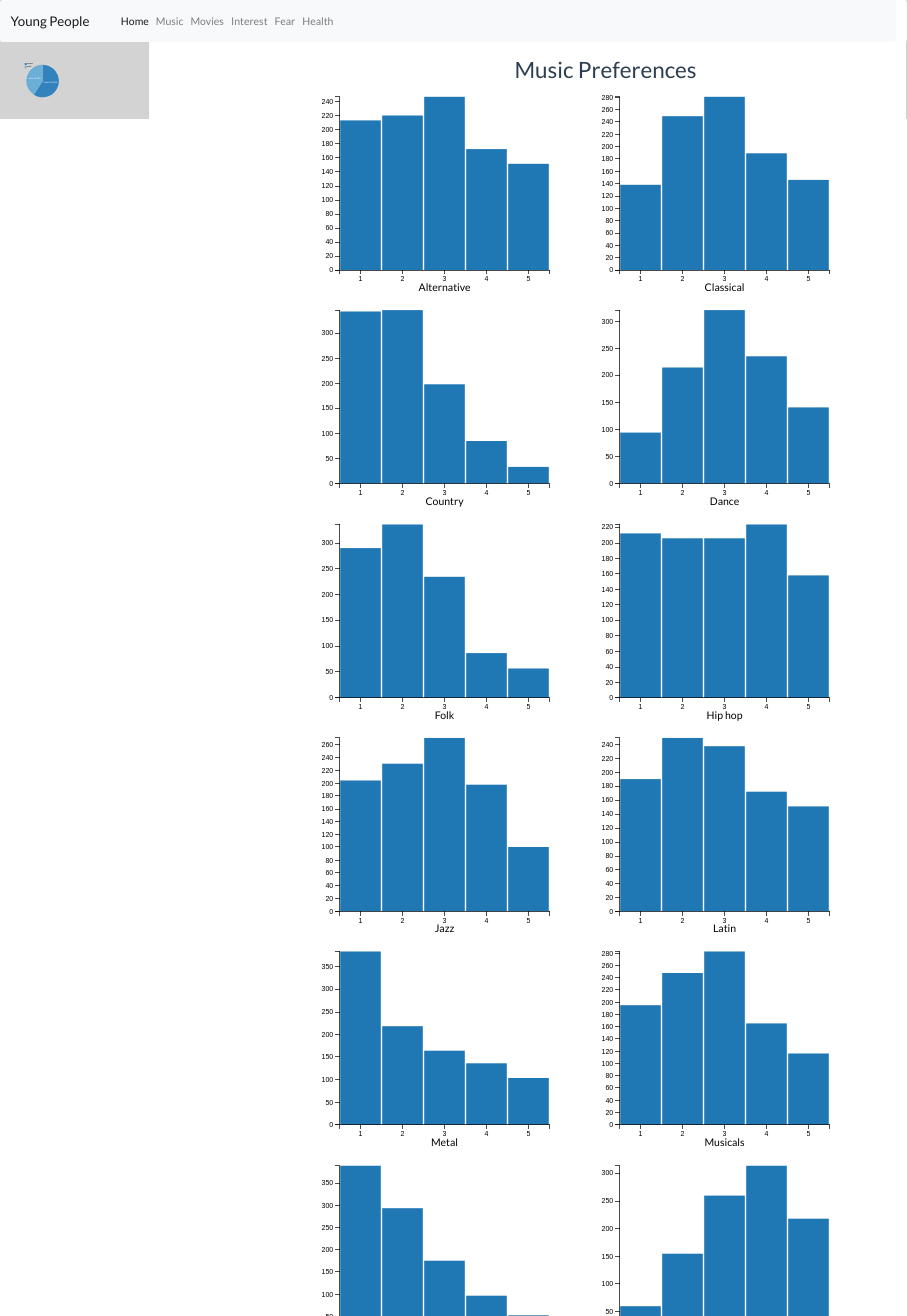
Repository: BrendanMolloy/milestone2
Page: index.html
The author's editor kept a record of every edit. The page is drawn from the files as they stood at one moment, then again after the next edit.
The browser window is 1280 px wide. The page is 1295 px wide, so the pictures cover 1295 px, including what lies to the right of the window. The pictures show the part of the page from y = 0 to 1880 px (the page is 2572 px tall), at 70% of full size.

Above is the page before.

### index.html
<!DOCTYPE html>
<html lang="en">

<head>
  <meta charset="UTF-8">
  <meta name="viewport" content="width=device-width, initial-scale=1.0">
  <meta http-equiv="X-UA-Compatible" content="ie=edge">
  <title>Young People</title>

  <link rel="stylesheet" href="https://maxcdn.bootstrapcdn.com/bootstrap/4.0.0/css/bootstrap.min.css" integrity="sha384-Gn5384xqQ1aoWXA+058RXPxPg6fy4IWvTNh0E263XmFcJlSAwiGgFAW/dAiS6JXm" crossorigin="anonymous">

  <link rel="stylesheet" href="css/bootstrap.min.css" type="text/css" />
  <link rel="stylesheet" href="css/dc.min.css" type="text/css" />
  <link rel="stylesheet" href="css/style.css" type="text/css" />

  <script type="text/javascript" src="js/d3.min.js"></script>
  <script type="text/javascript" src="js/crossfilter.min.js"></script>
  <script type="text/javascript" src="js/dc.min.js"></script>
  <script type="text/javascript" src="js/queue.min.js"></script>
  <script type="text/javascript" src="js/graph.js"></script>
</head>

<body>
  <!------------------------------- Navbar -------------------------------------->

  <nav class="navbar navbar-expand-lg navbar-light bg-light">
    <a class="navbar-brand" href="#">Young People</a>
    <button class="navbar-toggler" type="button" data-toggle="collapse" data-target="#navbarNav" aria-controls="navbarNav" aria-expanded="false" aria-label="Toggle navigation">
    <span class="navbar-toggler-icon"></span>
  </button>
    <div class="collapse navbar-collapse" id="navbarNav">
      <ul class="navbar-nav">
        <li class="nav-item active">
          <a class="nav-link" href="#">Home <span class="sr-only">(current)</span></a>
        </li>
        <li class="nav-item">
          <a class="nav-link" href="#">Music</a>
        </li>
        <li class="nav-item">
          <a class="nav-link" href="#">Movies</a>
        </li>
        <li class="nav-item">
          <a class="nav-link" href="#">Interest</a>
        </li>
        <li class="nav-item">
          <a class="nav-link" href="#">Fear</a>
        </li>
        <li class="nav-item">
          <a class="nav-link" href="#">Health</a>
        </li>
      </ul>
    </div>
  </nav>

  <!------------------------------- Sidebar ------------------------------------->
                      <!--  filters/demographics -->
  <div class="sidenav col-lg-2">
    <div id="gender-balance" class="side-graphs"></div>
    <div id="age"></div>
    <div id="handedness"></div>
    <div id="city-village"></div>
  </div>



  <!-- music -->
  <section class="section main">
    <h2>Music Preferences</h2>
    <div class="row">
      <div id="music-enjoyment" class="col-sm-12 col-m-12 col-lg-12"></div>
    </div>
    <div class="row">
      <div id="alternative"></div>
      <div id="classical"></div>
      <div id="country"></div>
      <div id="dance"></div>
      <div id="folk"></div>
      <div id="hiphop"></div>
      <div id="jazz"></div>
      <div id="latin"></div>
      <div id="metal"></div>
      <div id="musicals"></div>
      <div id="opera"></div>
      <div id="pop"></div>
      <div id="punk"></div>
      <div id="reggae"></div>
      <div id="rock"></div>
      <div id="techno"></div>
    </div>
  </section>

  <!-- movies -->

  <!-- interests -->

  <!-- fears -->

  <!-- health -->

  <!-- spending -->

</body>

</html>

### css/style.css
.section {
	text-align: center;
	border-bottom: 1px solid #e6e6e6;
	padding: 0px;
}

.row {
	text-align: center;
}

.navbar {
	width: 100vw;
	position: fixed;
	z-index: 2;
	padding: 0;
}

.sidenav {
  /*height: 100%;  Full-height: remove this if you want "auto" height */
  width: 450px; /* Set the width of the sidebar */
  position: fixed; /* Fixed Sidebar (stay in place on scroll) */
  z-index: 1; /* Stay on top */
  top: 0; /* Stay at the top */
  left: 0;
  background-color: #D3D3D3; /* Light Grey */
  overflow-x: hidden; /* Disable horizontal scroll */
  padding-top: 70px;
}

.main {
  margin-left: 450px;  /*Same as the width of the sidebar */
  padding: 0;
  padding-top: 60px;
}

#music-enjoyment {
  padding: 0;
}

#gender-balance {
  text-align:center;
  width:50%;
  height: 100px;
  padding: 20px;
}

### js/graph.js
/* global queue */
/* global d3 */
/* global crossfilter */
/* global dc */

queue()
    .defer(d3.csv, "data/young-people.csv")
    .await(makeGraphs);

function makeGraphs(error, ypData){
    var ndx = crossfilter(ypData);

    // demographics //
    show_gender_balance(ndx);
    show_age_range(ndx);
    show_handedness(ndx);
    show_city_village(ndx);

    // music //
    /*show_music_enjoyment(ndx);*/
    show_bar_chart(ndx, 'Alternative', "#alternative", "Alternative");
    show_bar_chart(ndx, 'Classical music', "#classical", "Classical");
    show_bar_chart(ndx, 'Country', "#country", "Country");
    show_bar_chart(ndx, 'Dance', "#dance", "Dance");
    show_bar_chart(ndx, 'Folk', "#folk", "Folk");
    show_bar_chart(ndx, 'Hiphop, Rap', "#hiphop", "Hip hop");
    show_bar_chart(ndx, 'Swing, Jazz', "#jazz", "Jazz");
    show_bar_chart(ndx, 'Latino', "#latin", "Latin");
    show_bar_chart(ndx, 'Metal or Hardrock', "#metal", "Metal");
    show_bar_chart(ndx, 'Musical', "#musicals", "Musicals");
    show_bar_chart(ndx, 'Opera', "#opera", "Opera");
    show_bar_chart(ndx, 'Pop', "#pop", "Pop");
    show_bar_chart(ndx, 'Punk', "#punk", "Punk");
    show_bar_chart(ndx, 'Reggae, Ska', "#reggae", "Reggae");
    show_rock(ndx, 'Rock', "#rock", "Rock");
    show_techno(ndx);

    // music //
    /*show_movie_enjoyment(ndx);
    show_action(ndx);
    show_cartoon(ndx);
    show_comedy(ndx);
    show_documentary(ndx);
    show_fantasy(ndx);
    show_horror(ndx);
    show_romatic(ndx);
    show_scifi(ndx);
    show_thriller(ndx);
    show_war(ndx);
    show_western(ndx); */

    dc.renderAll();
}

function remove_empty_bins(source_group) { //eliminates empty or null values from the dataset, so graphs can render unimpeded//
    return {
        all:function () {
            return source_group.all().filter(function(d) {
                //return Math.abs(d.value) > 0.00001; // if using floating-point numbers
                return d.key !== ""; // if integers only
            });
        }
    };
}

    var w = 400; //adjust graph dimensions
    var h = 300;

//---------------------- Demographics Graphs ---------------------------------//

function show_gender_balance(ndx){
    var dim = ndx.dimension(dc.pluck('Gender'));
    var group = dim.group();
    var filtered_group = remove_empty_bins(group)

    dc.pieChart("#gender-balance")
        .useViewBoxResizing(true)
        .externalRadiusPadding(10)
        .innerRadius(0)
        .dimension(dim)
        .group(filtered_group)
        .legend(dc.legend())
        .on('pretransition', function(chart) {
        chart.selectAll('text.pie-slice').text(function(d) {
            return d.data.key + ' ' + dc.utils.printSingleValue((d.endAngle - d.startAngle) / (2*Math.PI) * 100) + '%';
        })
    })
}

function show_age_range(ndx){
    var dim = ndx.dimension(dc.pluck('Age'));
    var group = dim.group();
    var filtered_group = remove_empty_bins(group)

    dc.barChart("#age")
        .useViewBoxResizing(true)
        .dimension(dim)
        .group(filtered_group)
        .transitionDuration(500)
        .x(d3.scale.ordinal())
        .xUnits(dc.units.ordinal)
        .elasticY(true)
        .xAxisLabel("Age")
        .yAxis().ticks(10);
}

/*function show_age_range(ndx){ //displays age distribution in pie chart form
    var dim = ndx.dimension(dc.pluck('Age'));
    var group = dim.group();
    var filtered_group = remove_empty_bins(group)

    dc.pieChart("#age")
        .useViewBoxResizing(true)
        .externalRadiusPadding(10)
        .innerRadius(0)
        .dimension(dim)
        .group(filtered_group)
        .legend(dc.legend())
        .on('pretransition', function(chart) {
        chart.selectAll('text.pie-slice').text(function(d) {
            return d.data.key + ' ' + dc.utils.printSingleValue((d.endAngle - d.startAngle) / (2*Math.PI) * 100) + '%';
        })
    })
} */

function show_handedness(ndx){
    var dim = ndx.dimension(dc.pluck('Left - right handed'));
    var group = dim.group();
    var filtered_group = remove_empty_bins(group)

    dc.pieChart("#handedness")
        .useViewBoxResizing(true)
        .externalRadiusPadding(10)
        .innerRadius(0)
        .dimension(dim)
        .group(filtered_group)
        .legend(dc.legend())
        .on('pretransition', function(chart) {
        chart.selectAll('text.pie-slice').text(function(d) {
            return d.data.key + ' ' + dc.utils.printSingleValue((d.endAngle - d.startAngle) / (2*Math.PI) * 100) + '%';
        })
    })
}

function show_city_village(ndx){
    var dim = ndx.dimension(dc.pluck('Village - town'));
    var group = dim.group();
    var filtered_group = remove_empty_bins(group)

    dc.pieChart("#city-village")
        .useViewBoxResizing(true)
        .externalRadiusPadding(10)
        .innerRadius(0)
        .dimension(dim)
        .group(filtered_group)
        .legend(dc.legend())
        .on('pretransition', function(chart) {
        chart.selectAll('text.pie-slice').text(function(d) {
            return d.data.key + ' ' + dc.utils.printSingleValue((d.endAngle - d.startAngle) / (2*Math.PI) * 100) + '%';
        })
    })
}

//---------------------------- Music Graphs ----------------------------------//

function show_music_enjoyment(ndx){
    var dim = ndx.dimension(dc.pluck('Music'));
    var group = dim.group();
    var filtered_group = remove_empty_bins(group)

    dc.barChart("#music-enjoyment")
        .width(400)
        .height(300)
        .margins({top:10, right:50, bottom:30, left:50})
        .dimension(dim)
        .group(filtered_group)
        .transitionDuration(500)
        .x(d3.scale.ordinal())
        .xUnits(dc.units.ordinal)
        .elasticY(true)
        .xAxisLabel("I enjoy listening to music")
        .yAxis().ticks(10);
}

function show_bar_chart(ndx, dimensionLabel, id, xlabel){
    var dim = ndx.dimension(dc.pluck(dimensionLabel));
    var group = dim.group();
    var filtered_group = remove_empty_bins(group)

    dc.barChart(id)
        .width(w)
        .height(h)
        .margins({top:10, right:50, bottom:30, left:50})
        .dimension(dim)
        .group(filtered_group)
        .transitionDuration(500)
        .x(d3.scale.ordinal())
        .xUnits(dc.units.ordinal)
        .elasticY(true)
        .xAxisLabel(xlabel)
        .yAxis().ticks(10);
}

function show_rock(ndx){
    var dim = ndx.dimension(dc.pluck('Rock'));
    var group = dim.group();
    var filtered_group = remove_empty_bins(group)

    dc.barChart("#rock")
        .width(w)
        .height(h)
        .margins({top:10, right:50, bottom:30, left:50})
        .dimension(dim)
        .group(filtered_group)
        .transitionDuration(500)
        .x(d3.scale.ordinal())
        .xUnits(dc.units.ordinal)
        .elasticY(true)
        .xAxisLabel("Rock")
        .yAxis().ticks(10);
}

function show_techno(ndx){
    var dim = ndx.dimension(dc.pluck('Techno, Trance'));
    var group = dim.group();
    var filtered_group = remove_empty_bins(group)

    dc.barChart("#techno")
        .width(w)
        .height(h)
        .margins({top:10, right:50, bottom:30, left:50})
        .dimension(dim)
        .group(filtered_group)
        .transitionDuration(500)
        .x(d3.scale.ordinal())
        .xUnits(dc.units.ordinal)
        .elasticY(true)
        .xAxisLabel("Techno")
        .yAxis().ticks(10);
}

//---------------------------- Movie Graphs ----------------------------------//

Loaded but not shown: css/bootstrap.min.css (library); css/dc.min.css (library); js/d3.min.js (library); js/crossfilter.min.js (library); js/dc.min.js (library); js/queue.min.js (common file)

After the next edit:
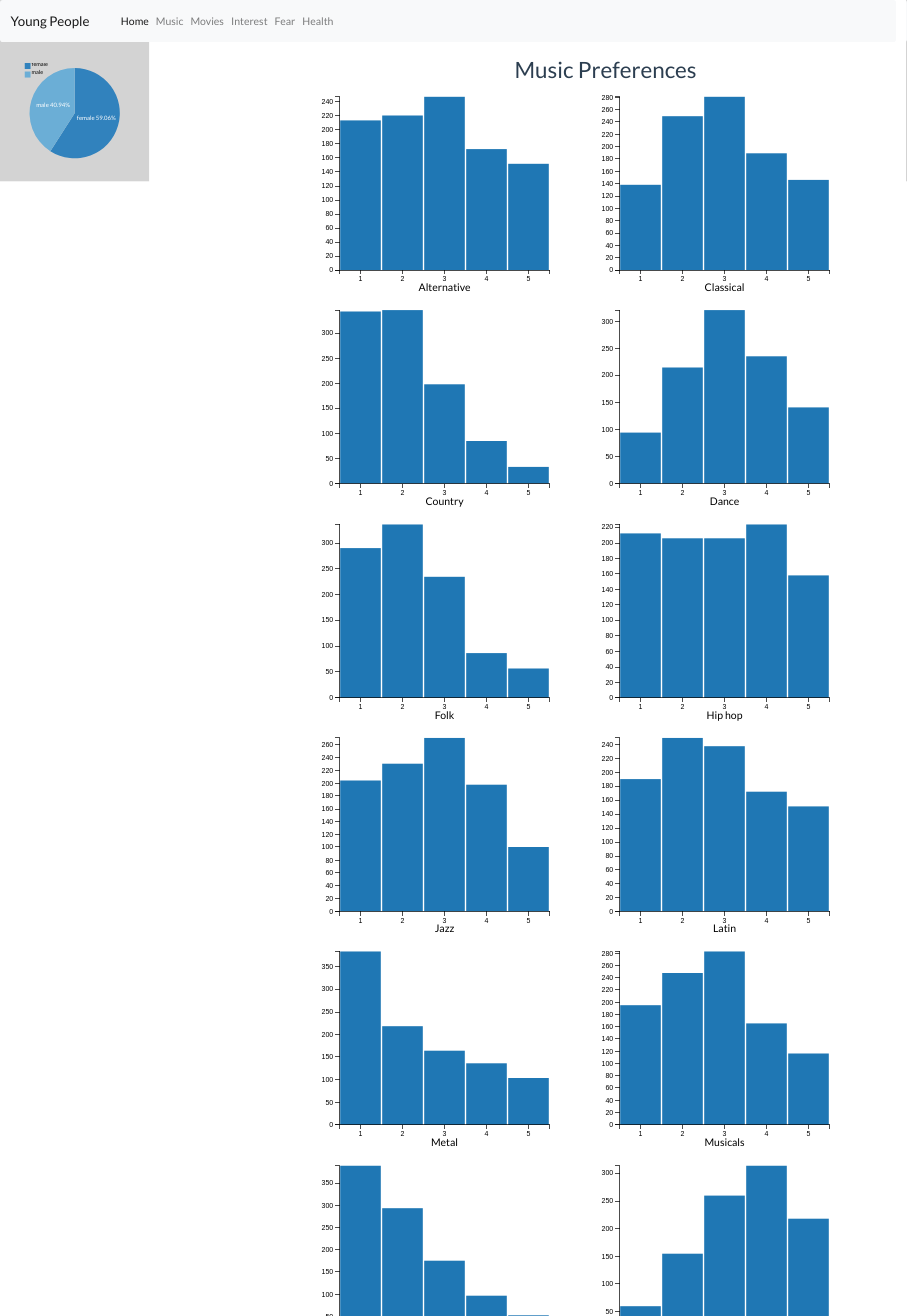
The edit:
--- a/css/style.css
+++ b/css/style.css
@@ -39,7 +39,6 @@
 
 #gender-balance {
   text-align:center;
-  width:50%;
-  height: 100px;
+  width:100%;
   padding: 20px;
 }
